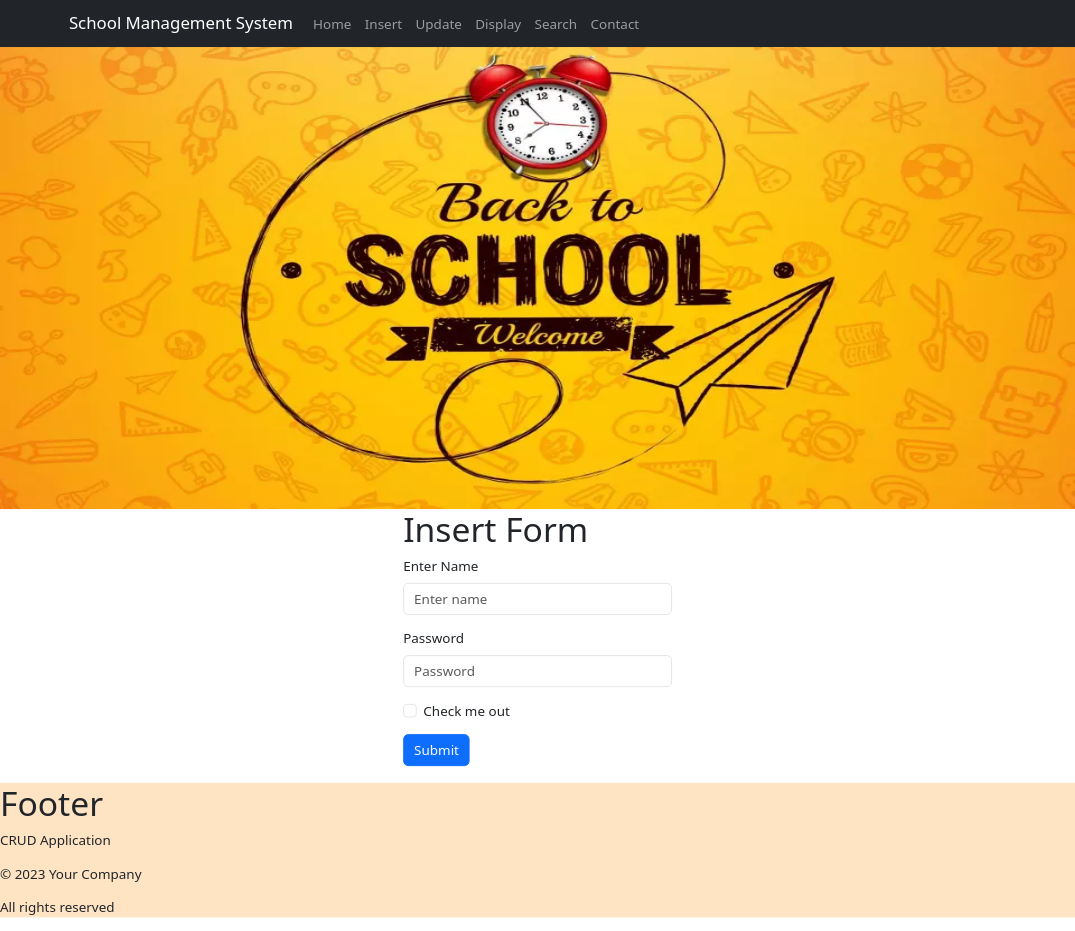
Repository: ankitgujre01/React-day-12
Page: /insert (app in crud/)
The author's editor kept a copy of each file at every save. The page is drawn from the files as they stood at one save, then again after a run of saves.
The browser window is 1280 px wide. The pictures show the whole page, at 84% of full size.
The project was rebuilt for these pictures with package versions that can differ from the ones it lists, and the page was loaded fresh each time. Also part of the build but not shown: crud/vite.config.js, crud/src/pages/Home.jsx, crud/src/pages/Display.jsx, crud/src/pages/Search.jsx, crud/src/pages/Contact.jsx. Imported but missing from the stored project, and not drawn on this page: crud/src/pages/Update.

Above is the page before, as saved 2025-04-12 09:31:11.

After the next 4 saves:
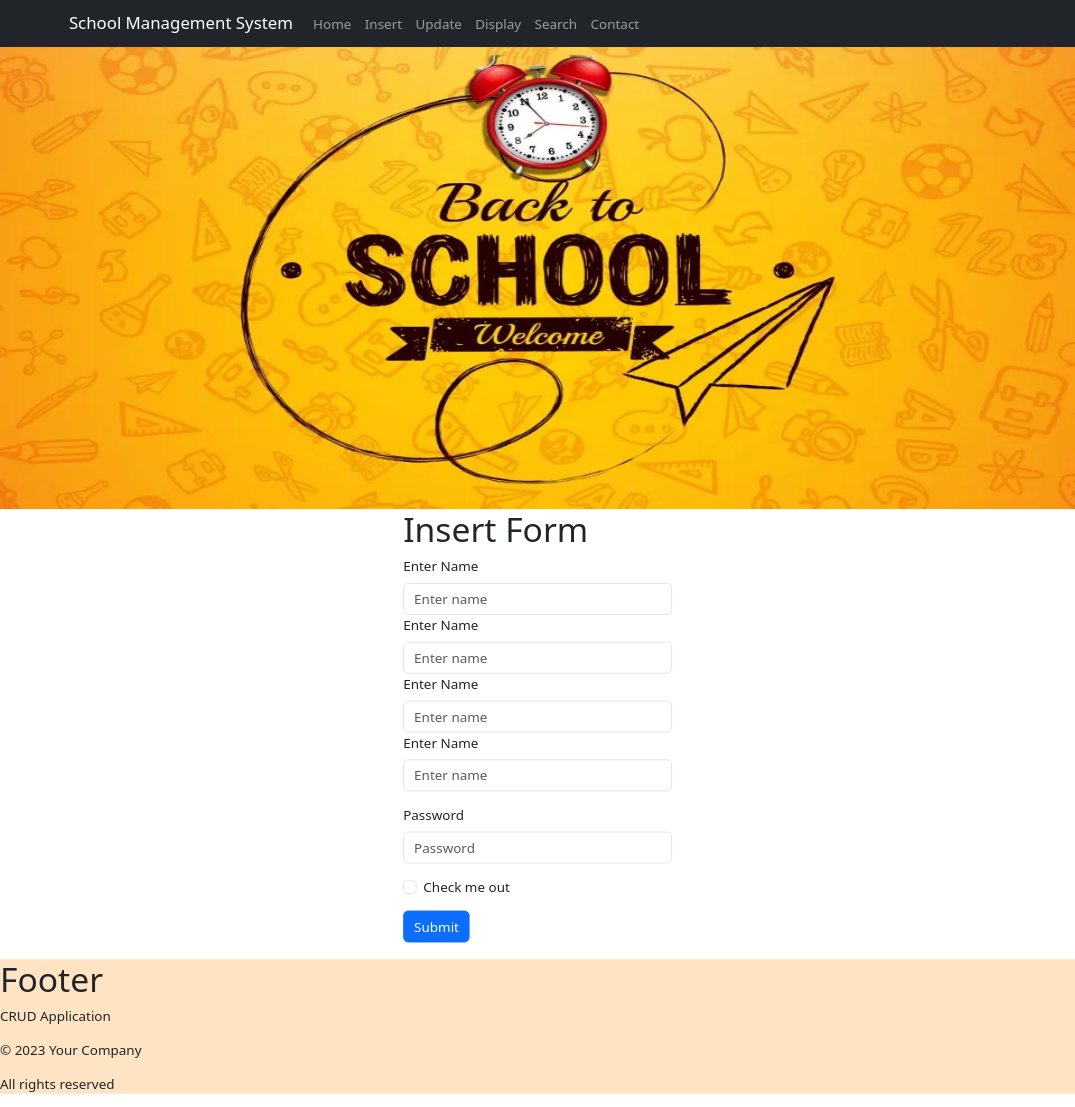
The 4 saves are shown as one change because they came seconds apart.
The last was saved 12 s later.
--- a/crud/src/pages/Insert.jsx
+++ b/crud/src/pages/Insert.jsx
@@ -11,7 +11,12 @@
       <Form.Group className="mb-3" controlId="formBasicEmail">
         <Form.Label>Enter Name</Form.Label>
             <Form.Control type="text" placeholder="Enter name" />
-
+            <Form.Label>Enter Name</Form.Label>
+            <Form.Control type="text" placeholder="Enter name" />
+            <Form.Label>Enter Name</Form.Label>
+            <Form.Control type="text" placeholder="Enter name" />
+            <Form.Label>Enter Name</Form.Label>
+        <Form.Control type="text" placeholder="Enter name" />
 
       </Form.Group>
 
